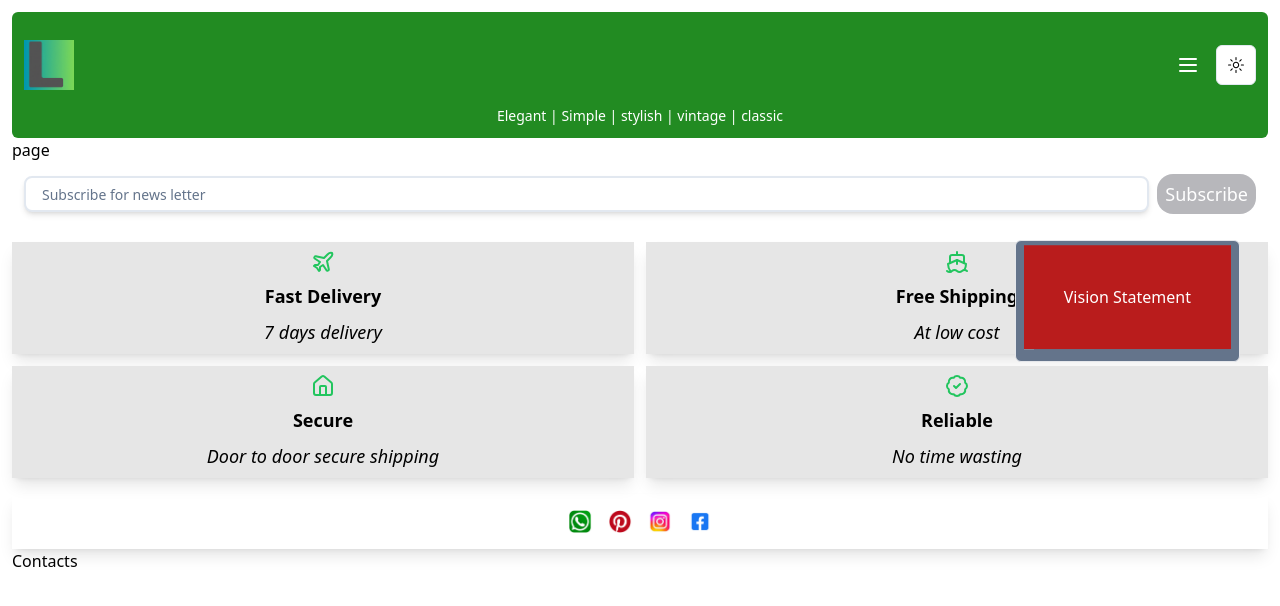
Repository: Semanmernstack/bisi-abejide
Page: /bb
An editor plug-in stored every save of this project. The page is shown before and after the next save, followed by the edit.
The browser window is 1280 px wide. The pictures show the whole page.
The project was rebuilt for these pictures with package versions that can differ from the ones it lists, and the page was loaded fresh each time. The framework's server and built-in components were replaced by stand-ins that run in the browser. Also part of the build but not shown: next.config.mjs.

Above is the page before, as saved 2024-04-24 09:48:34.

After the next save:
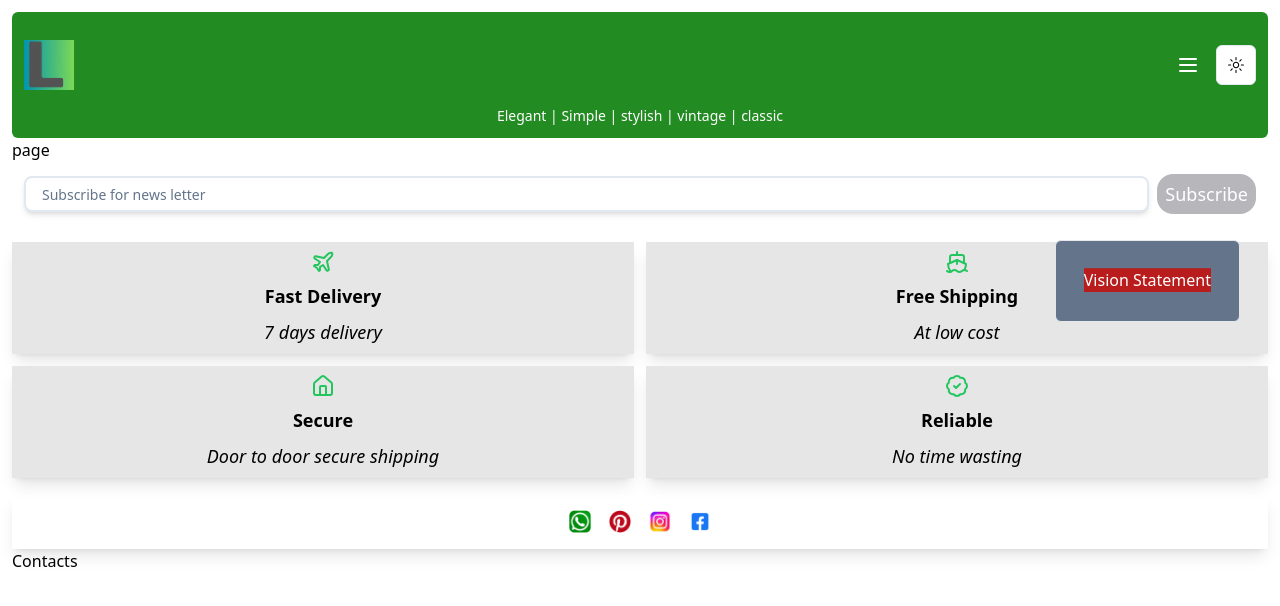
Saved 2 min 11 s later.
--- a/components/Ai.tsx
+++ b/components/Ai.tsx
@@ -15,11 +15,11 @@ function Ai() {
   return (
 
 
-  <div className=' flex  lg:p-10 bg-red-700 animate-bounce  ' >
+  <div className=' flex m-5   bg-red-700 animate-bounce  ' >
 
   <Popup className='text-lg' trigger={<button>Vision Statement</button>} position="bottom center">
     <div className='p-5 max-w-3xl mx-auto overflow-scroll overflow-x-hidden  gap-2 flex flex-col items-center justify-center border'>
-      <span className='p-3 space-y-2 w-full '>Fashion Statement: Lolaflocouture is a fashion house that designs mainly female clothing. The designs were made for modern elegant women who want to look good in casual or classic outfits. Lolaflocouture clothing is making a statement in their band that you can look traditional and trendy, stylish, cute, and elegant.</span>
+      <span className='p-3 space-y-2 w-full  '>Fashion Statement: Lolaflocouture is a fashion house that designs mainly female clothing. The designs were made for modern elegant women who want to look good in casual or classic outfits. Lolaflocouture clothing is making a statement in their band that you can look traditional and trendy, stylish, cute, and elegant.</span>
 
     </div>
   </Popup>
